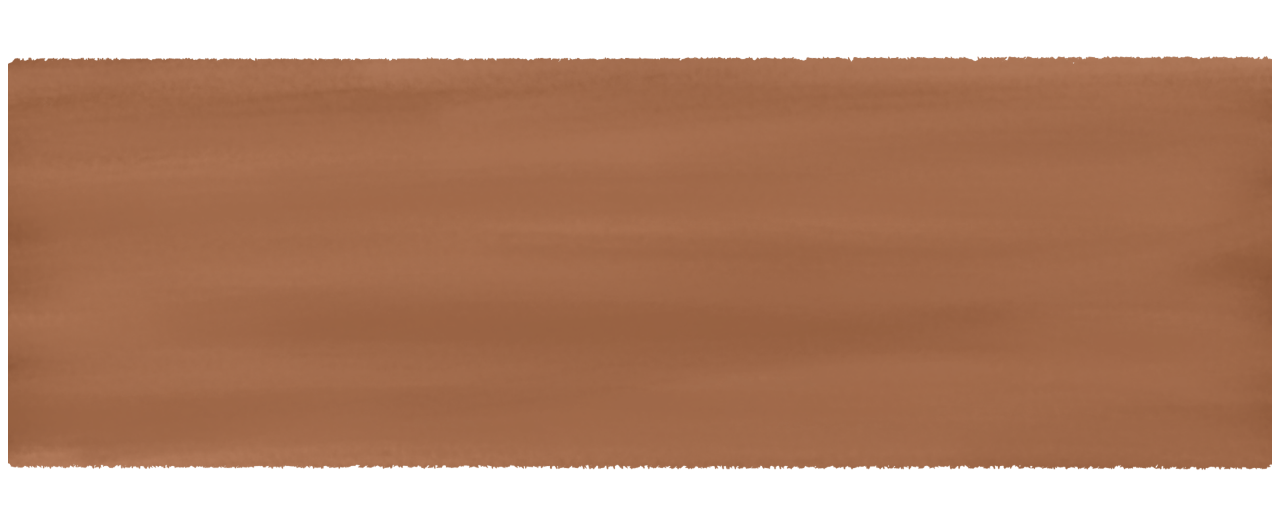
Repository: AlyssaHug/Bandit-Breakout
Page: index.html
An editor plug-in stored every save of this project. The page is shown before and after the next save, followed by the edit.
The browser window is 1280 px wide. The pictures show the whole page.
Some web fonts or font styles are not loaded; a fallback is used.

Above is the page before, as saved 2025-05-06 22:36:43.

After the next save:
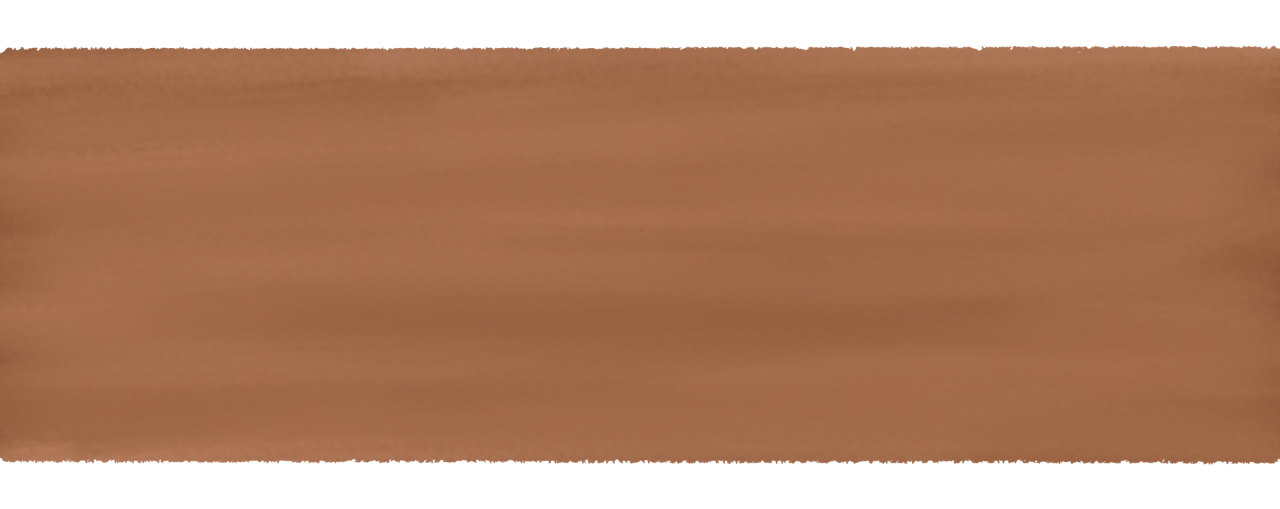
Saved 45 s later.
--- a/styles.css
+++ b/styles.css
@@ -27,4 +27,14 @@
     background-repeat: no-repeat;
     background-position: center;
     min-height: 500px;
+    width: 100%;
+    margin: 0;
+    padding: 0;
 }
+
+/* Add this to ensure the body has no default margins */
+body {
+    margin: 0;
+    padding: 0;
+    width: 100%;
+}

After the save that followed:
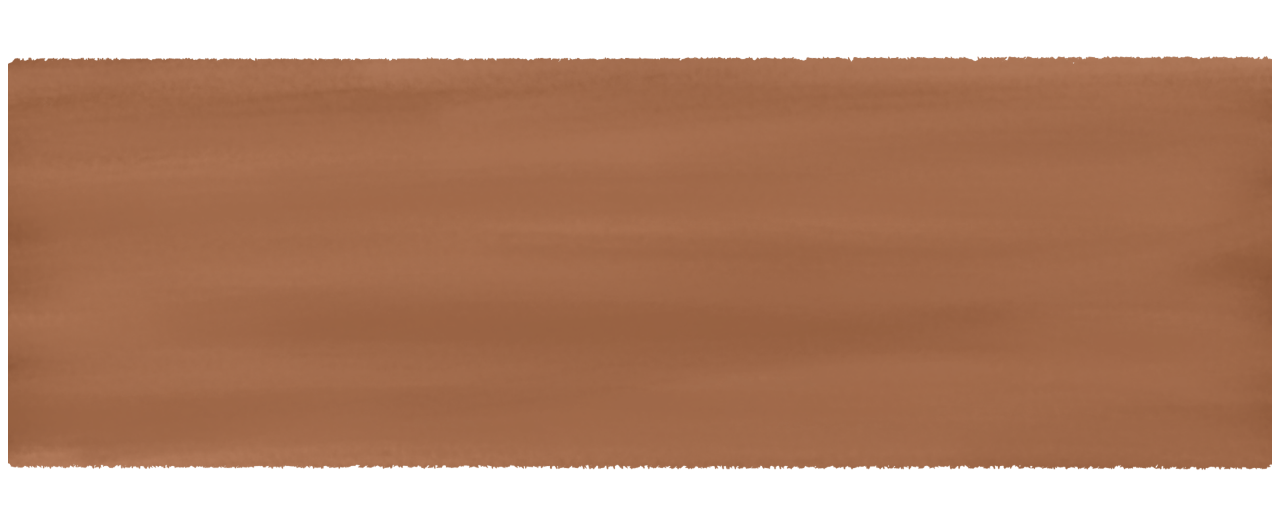
Saved 22 s later.
--- a/styles.css
+++ b/styles.css
@@ -31,10 +31,3 @@
     margin: 0;
     padding: 0;
 }
-
-/* Add this to ensure the body has no default margins */
-body {
-    margin: 0;
-    padding: 0;
-    width: 100%;
-}
